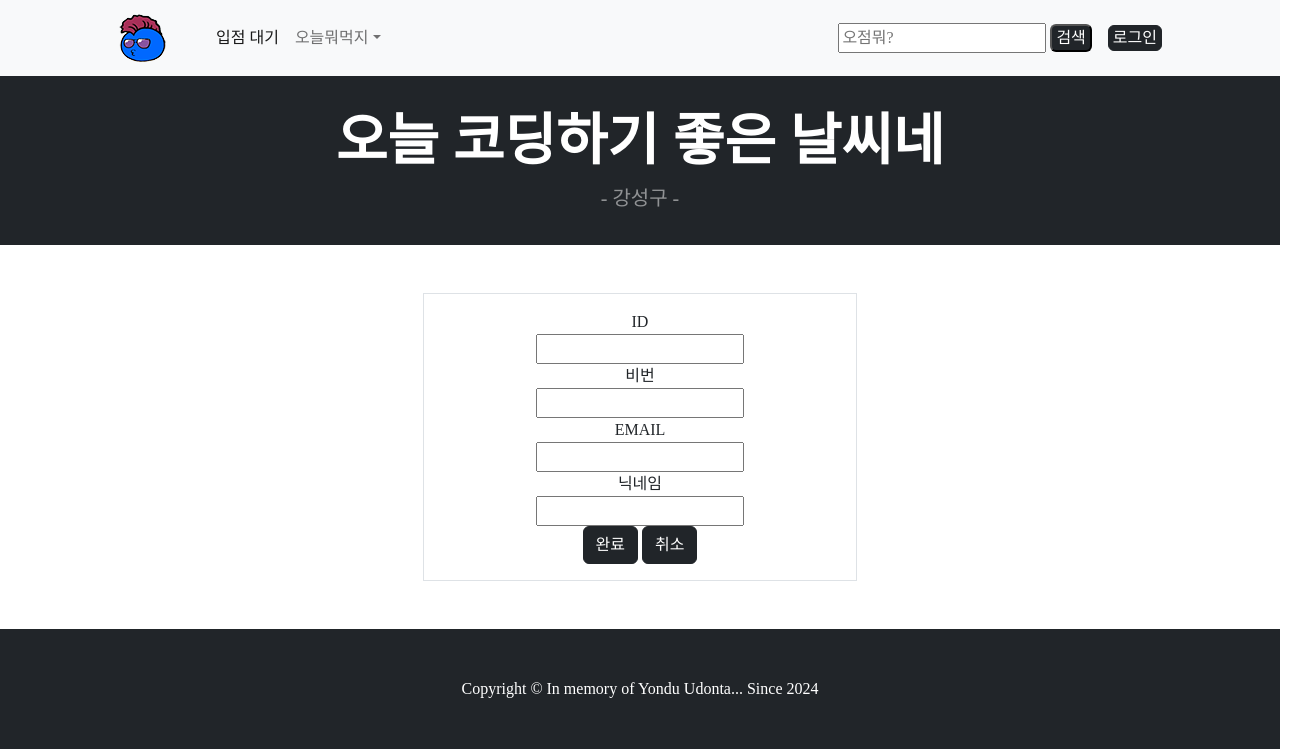
Repository: ashwan94/ydzone
Page: http://localhost/YonduZone/signUp
An editor plug-in stored every save of this project. The page is shown before and after the next save, followed by the edit.
The browser window is 1280 px wide. The page is 1292 px wide, so the pictures cover 1292 px, including what lies to the right of the window. The pictures show the whole page.
Some web fonts or font styles are not loaded; a fallback is used. The page is served by Tomcat 9. Other server files are loaded and not shown.

Above is the page before, as saved 2024-05-01 11:34:50.

### YonduZone/src/main/webapp/WEB-INF/views/common/signUp.jsp
<%@ page language="java" contentType="text/html; charset=UTF-8"
	pageEncoding="UTF-8"%>
<jsp:include page="/WEB-INF/views/common/header.jsp">
	<jsp:param value="회원가입" name="title" />
	<jsp:param value="오늘 코딩하기 좋은 날씨네" name="center" />
	<jsp:param value="- 강성구 -" name="content" />
</jsp:include>

<div class="row my-5">
	<div class="col-4"></div>
	<div class="col-4 border py-3 text-center">
		<form action="/signUp" method="post" id="signUpForm">
			<label>
				<div>ID</div>
				<input type="text" name="id">
			</label>
			<label>
				<div>비번</div>
				<input type="password" name="pw">
			</label>
			<label>
				<div>EMAIL</div>
				<input type="email" name="email">
			</label>
			<label>
				<div>닉네임</div>
				<input type="text" name="nickName">
			</label>
			<input type="hidden" value="${msg }" id="msg">
			<div>
			<button type="submit" id="submitBtn" class="btn btn-dark">완료</button>
			<button type="button" id="backBtn" class="btn btn-dark">취소</button>
			</div>
		</form>
	</div>
	<div class="col-4"></div>
</div>

<script src="https://cdn.jsdelivr.net/npm/bootstrap@5.3.3/dist/js/bootstrap.bundle.min.js"></script>
<script src="/Bootstrap/js/scripts.js"></script>

<script>
	const msgEl = document.querySelector("#msg");
	if(msgEl.value != ""){
		alert(msgEl.value);
	}

	const submitBtn = document.querySelector("#submitBtn");
	const backBtn = document.querySelector("#backBtn");

	submitBtn.addEventListener("click", function(e) {
		e.preventDefault();

		const idEl = document.querySelector("[name='id']");
		const pwEl = document.querySelector("[name='pw']");
		const emailEl = document.querySelector("[name='email']");
		const nickNameEl = document.querySelector("[name='nickName']");

		if(idEl.value == "" || pwEl.value == "" || emailEl.value == "" || nickNameEl.value == "") {
			alert("누락된 정보가 있습니다.");
		}else{
			const form = document.querySelector("#signUpForm");
			form.submit();
		}
	})

	backBtn.addEventListener("click", function() {
		history.back();
	});
</script>
<jsp:include page="/WEB-INF/views/common/footer.jsp"/>

### YonduZone/src/main/webapp/WEB-INF/views/common/header.jsp
<%@ page language="java" contentType="text/html; charset=UTF-8"
	pageEncoding="UTF-8"%>
<%@ taglib prefix="c" uri="http://java.sun.com/jsp/jstl/core"%>
<!DOCTYPE html>
<html lang="en">
<head>
<meta charset="UTF-8">
<meta name="viewport"
	content="width=device-width, initial-scale=1, shrink-to-fit=no" />
<meta name="description" content="" />
<meta name="author" content="" />
<!-- Favicon-->
<link rel="icon" type="image/x-icon" href="assets/favicon.ico" />
<!-- Bootstrap icons-->
<link
	href="https://cdn.jsdelivr.net/npm/bootstrap-icons@1.5.0/font/bootstrap-icons.css"
	rel="stylesheet" />
<!-- Core theme CSS (includes Bootstrap)-->
<link href="/Bootstrap/css/styles.css" rel="stylesheet" />
<title>${param.title }</title>
<style>
	a{
		text-decoration:none;
		color:black;
	}
	a:hover{
		color:rgb(57, 151, 255);
	}

	@font-face {
    font-family: 'SUIT-Regular';
    src: url('https://cdn.jsdelivr.net/gh/projectnoonnu/noonfonts_suit@1.0/SUIT-Regular.woff2') format('woff2');
    font-weight: normal;
    font-style: normal;
	}

	* {
		font-family: 'SUIT-Regular';
	}
</style>

</head>
<body>
	<header>
		<nav class="navbar navbar-expand-lg navbar-light bg-light">
			<div class="container px-4 px-lg-5">
				<a class="navbar-brand" href="/main"><img src="${pageContext.request.contextPath }/Source/header/logo/main_logo.png" alt="Welcome to YouduZone!"></a>
				<button class="navbar-toggler" type="button" data-bs-toggle="collapse" data-bs-target="#navbarSupportedContent" aria-controls="navbarSupportedContent" aria-expanded="false" aria-label="Toggle navigation">
					<span class="navbar-toggler-icon"></span>
				</button>
				<div class="collapse navbar-collapse" id="navbarSupportedContent">
					<ul class="navbar-nav me-auto mb-2 mb-lg-0 ms-lg-4">
						<li class="nav-item">
							<a class="nav-link active" aria-current="page" href="/restaurant/stanby?userNo=${sessionScope.user.no }" data-value="${sessionScope.user.no }" id="stanbyRestaurant">입점 대기</a>
						</li>
						<li class="nav-item dropdown">
                            <a class="nav-link dropdown-toggle" id="navbarDropdown" href="#" role="button" data-bs-toggle="dropdown" aria-expanded="false">오늘뭐먹지</a>
                            <ul class="dropdown-menu text-center" aria-labelledby="navbarDropdown">
                                <li><a class="dropdown-item" href="/restaurant/category?category=밥">밥</a></li>
                                <li><a class="dropdown-item" href="/restaurant/category?category=국/찌개">국/찌개</a></li>
                                <li><a class="dropdown-item" href="/restaurant/category?category=면/분식">면/분식</a></li>
                                <li><a class="dropdown-item" href="/restaurant/category?category=야식">야식</a></li>
                            </ul>
                        </li>
					</ul>

					<form action="/restaurant/search" method="get" class="d-flex">
						<label>
							<input type="text" name="searchWord" placeholder="오점뭐?" id="searchBar">
							<button type="submit" class="badge bg-dark text-white fs-6 rounded-25 p-1 fw-normal me-3">검색</button>
						</label>
					</form>
					<c:choose>
						<c:when test="${not empty sessionScope.user }">
							<a href="/restaurant/add" class="badge d-flex bg-dark text-white mx-2 p-1 rounded-25 fs-6 fw-normal">밥집 추가</a>
							<a href="/user/view"><span class="badge bg-dark text-white p-1 rounded-25 fs-6 fw-normal me-2">${sessionScope.user.nickName } 님</span></a>
							<form action="/logout" method="get">
								<button type="submit" class="d-flex badge bg-dark text-white p-1 rounded-25 fs-6 fw-normal">로그아웃</button>
							</form>
						</c:when>
						<c:otherwise>
							<form action="/login" method="get" class="d-flex">
								<button type="submit" class="badge btn btn-outline-dark bg-dark text-white p-1 rounded-25 fs-6 fw-normal">로그인</button>
							</form>
							<input type="hidden" id="loginCheck" value="${empty sessionScope.user }">
						</c:otherwise>
					</c:choose>
				</div>
			</div>
		</nav>
		<div class="container-fluid bg-dark p-3">
			<div class="text-center text-white my-3">
				<h1 class="display-4 fw-bolder">${param.center }</h1>
				<p class="lead fw-normal text-white-50 mb-0">${param.content }</p>
			</div>
		</div>
	</header>

### YonduZone/src/main/webapp/WEB-INF/views/common/footer.jsp
<%@ page language="java" contentType="text/html; charset=UTF-8"
	pageEncoding="UTF-8"%>
<footer class="py-5 bg-dark">
<div class="container">
	<p class="m-0 text-center text-white">Copyright &copy; In memory of Yondu Udonta... Since 2024</p>
</div>
</footer>
<!-- Bootstrap core JS-->
<script src="https://cdn.jsdelivr.net/npm/bootstrap@5.3.3/dist/js/bootstrap.bundle.min.js"></script>
<!-- Core theme JS-->
<script src="/Bootstrap/js/scripts.js"></script>
<script>
	const priceEl = document.querySelectorAll(".price");

	priceEl.forEach(el => {
		if(el == null) {
			console.log("There are no any price elements");
		} else{
			el.innerText = parseInt(el.innerText).toLocaleString() + "원";
		}
	})

	/* const searchBar = document.querySelector("#searchBar");
	searchBar.select(); */

	const loginCheck = document.querySelector("#loginCheck");
	const stanbyRestaurant = document.querySelector("#stanbyRestaurant");

	stanbyRestaurant.addEventListener("click", function(e) {
		e.preventDefault();

		if(loginCheck) {
			alert("로그인 이후 이용 가능합니다.");
			location.href = "/login";
		}else{
			location.href = "/restaurant/stanby?userNo=" + stanbyRestaurant.getAttribute("data-value");
		}
	})
</script>
</body>
</html>

### YonduZone/src/main/java/common/SignUpServlet.java
package common;

import java.io.IOException;
import java.net.URLEncoder;

import javax.servlet.ServletContext;
import javax.servlet.ServletException;
import javax.servlet.annotation.WebServlet;
import javax.servlet.http.HttpServlet;
import javax.servlet.http.HttpServletRequest;
import javax.servlet.http.HttpServletResponse;

import org.apache.ibatis.session.SqlSession;

import user.UserService;
import user.UserVO;

/**
 * Servlet implementation class SignUpServlet
 */
@WebServlet("/signUp")
public class SignUpServlet extends HttpServlet {
	private UserService service;

	@Override
		public void init() throws ServletException {
			ServletContext servletContext = getServletContext();
			SqlSession session = (SqlSession) servletContext.getAttribute("sqlSession");
			this.service = new UserService(session);
		}

	protected void doGet(HttpServletRequest request, HttpServletResponse response) throws ServletException, IOException {
		request.getRequestDispatcher("/WEB-INF/views/common/signUp.jsp").forward(request, response);
	}

	protected void doPost(HttpServletRequest request, HttpServletResponse response) throws ServletException, IOException {
		String id = request.getParameter("id");
		String pw = request.getParameter("pw");
		String email = request.getParameter("email");
		String nickName = request.getParameter("nickName");

		UserVO checkUser = service.getUser(new UserVO(id, pw));

		if(checkUser == null) {
			int insertUser = service.insertUser(new UserVO(id, pw, email, nickName));

			if(insertUser > 0) {
				String msg = URLEncoder.encode("회원가입이 완료되었습니다!", "UTF-8");
				response.sendRedirect("/login?msg=" + msg);
			}

		}else {
			request.setAttribute("msg", "이미 존재하는 계정입니다.");
			request.getRequestDispatcher("/WEB-INF/views/common/signUp.jsp").forward(request, response);
		}


	}

}

Loaded but not shown: YonduZone/src/main/webapp/Bootstrap/css/styles.css (library); YonduZone/src/main/webapp/Bootstrap/js/scripts.js (common file)

After the next save:
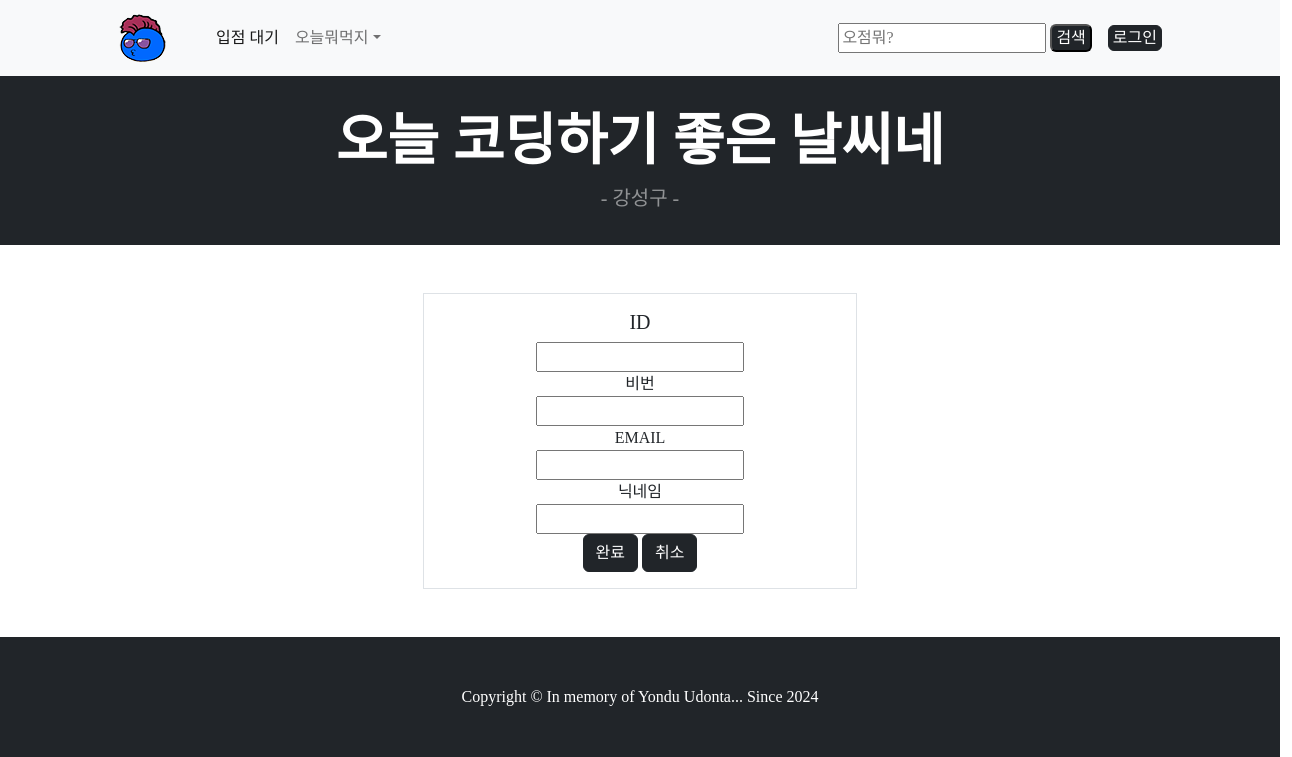
Saved 43 s later.
--- a/YonduZone/src/main/webapp/WEB-INF/views/common/signUp.jsp
+++ b/YonduZone/src/main/webapp/WEB-INF/views/common/signUp.jsp
@@ -11,7 +11,7 @@
 	<div class="col-4 border py-3 text-center">
 		<form action="/signUp" method="post" id="signUpForm">
 			<label>
-				<div>ID</div>
+				<h5>ID</h5>
 				<input type="text" name="id">
 			</label>
 			<label>
